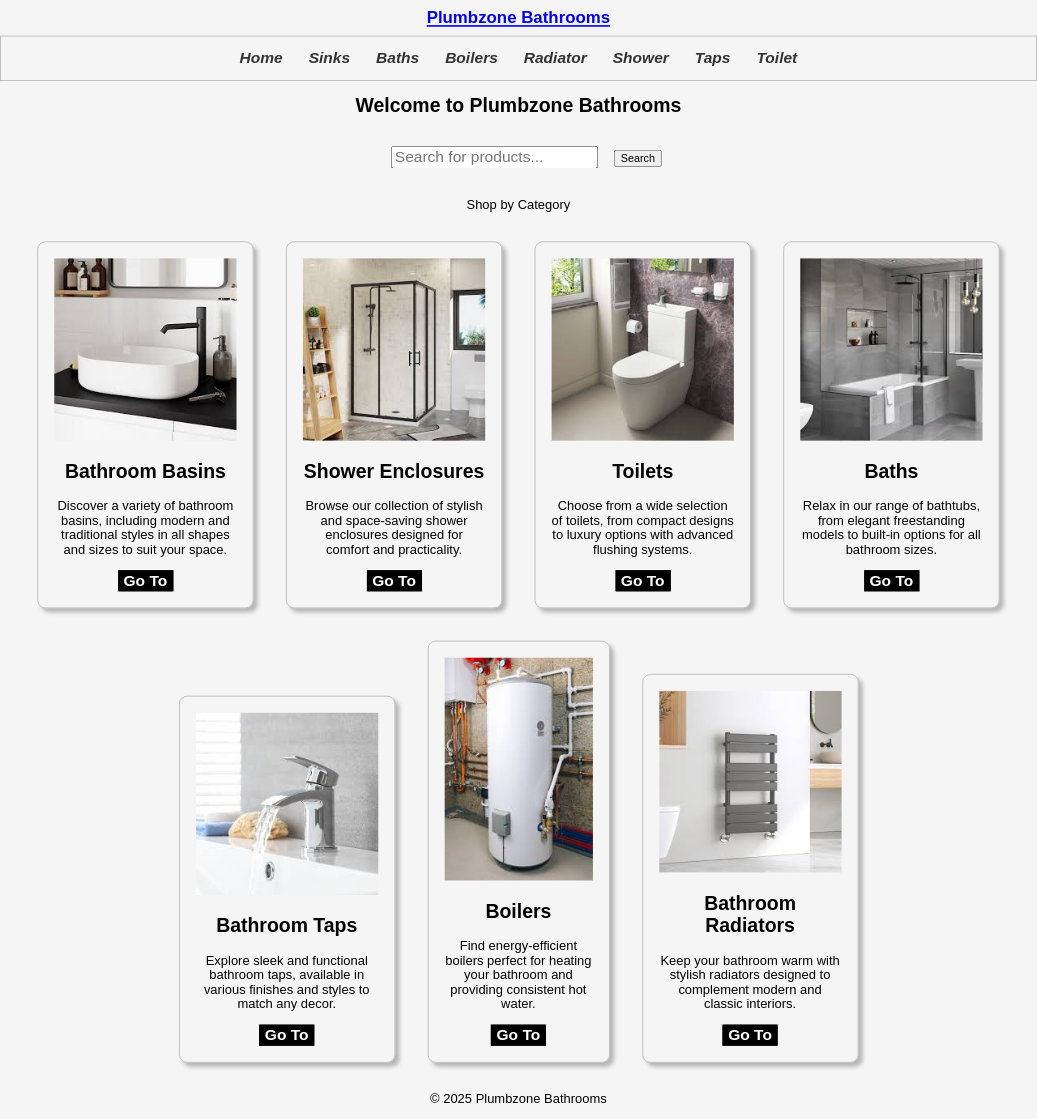
Repository: ziarahman112/react-practice
Page: /Home (app in Website/)
An editor plug-in stored every save of this project. The page is shown before and after the next save, followed by the edit.
The browser window is 1280 px wide. The pictures show the whole page, at 81% of full size.
The project was rebuilt for these pictures with package versions that can differ from the ones it lists, and the page was loaded fresh each time. Also part of the build but not shown: Website/vite.config.js, Website/src/Shower/Shower.jsx, Website/src/Bath/Bath.jsx, Website/src/Toilet/Toilet.jsx, Website/src/Radiator/Radiator.jsx, Website/src/Boiler/Boiler.jsx, Website/src/Taps/Tap.jsx, Website/src/sink/sinks.jsx.

Above is the page before, as saved 2025-07-10 00:07:26.

After the next save:
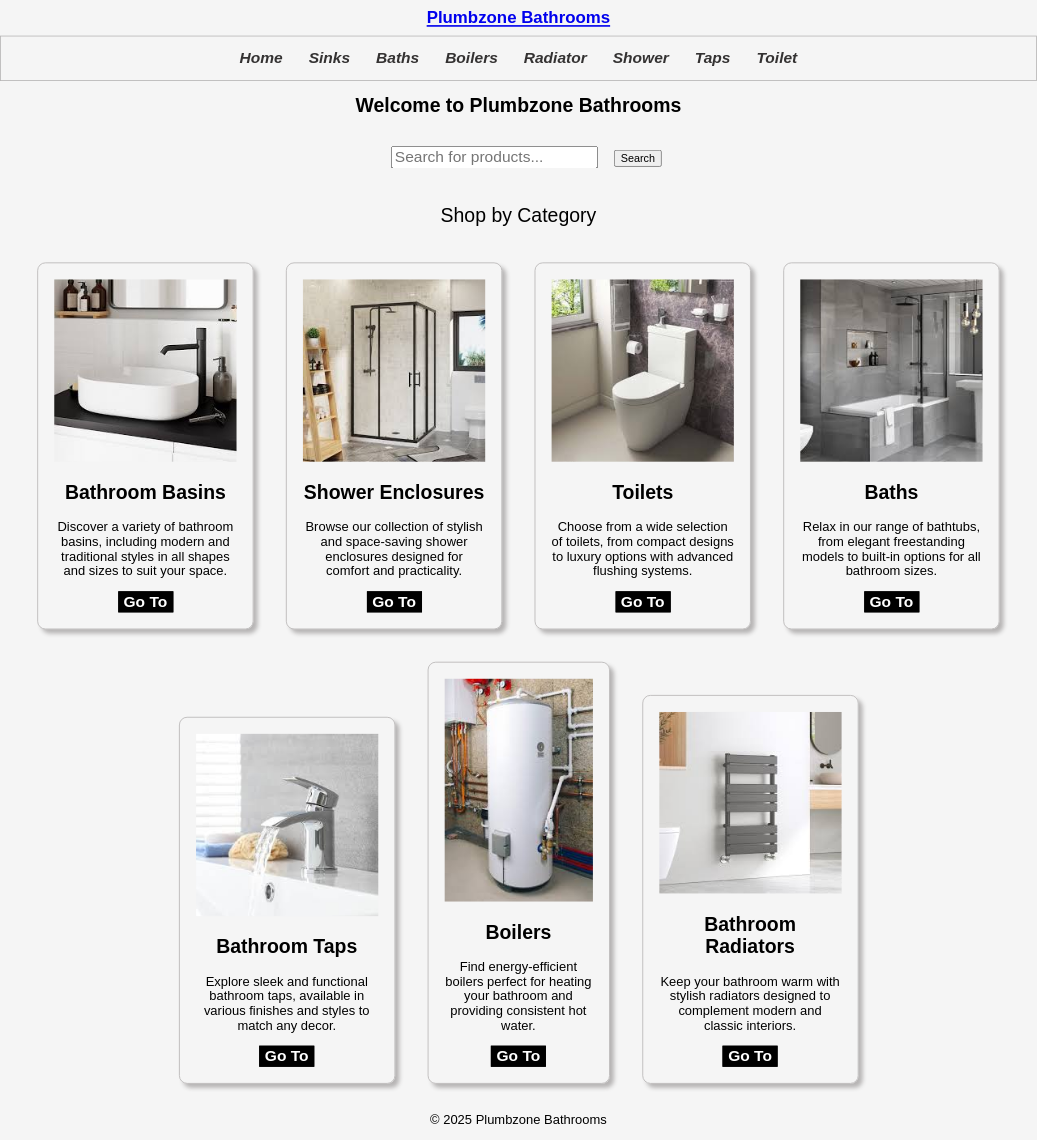
Saved 23 s later.
--- a/Website/src/Home/Home.jsx
+++ b/Website/src/Home/Home.jsx
@@ -61,7 +61,7 @@ let Radiator = function() {
 
 
             <div>
-                <p>Shop by Category</p>
+                <p className={styles.head}>Shop by Category</p>
 
 
     <div className={styles.card}>
